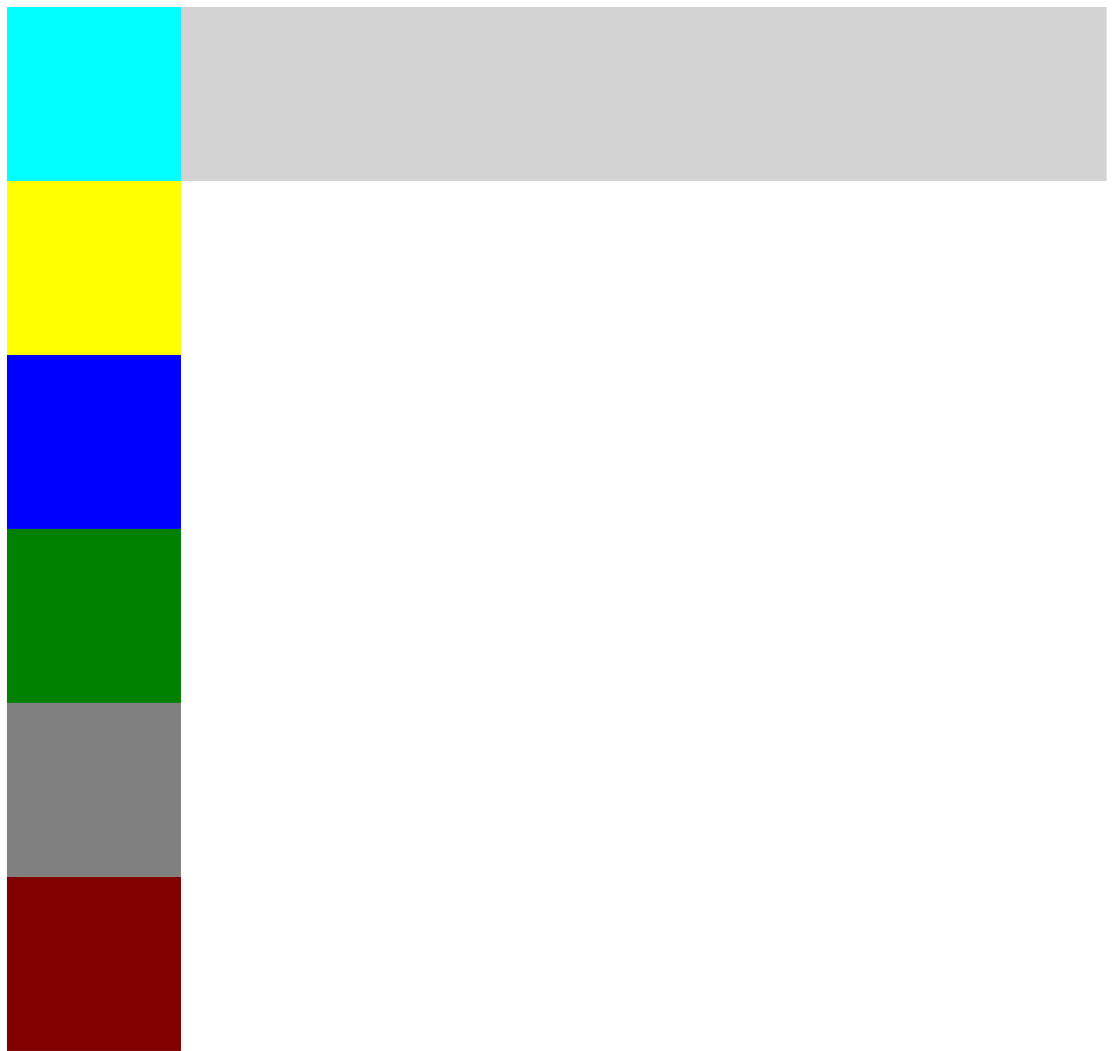
Repository: Sayan-100/Javascript
Page: PR4/index.html
These files come from the project's save history. The page is drawn as it stood at one moment and after the next save; the edit follows.
The browser window is 1280 px wide. The pictures show the whole page, at 87% of full size.

Above is the page before, as saved 2022-01-10 12:19:32.

After the next save:
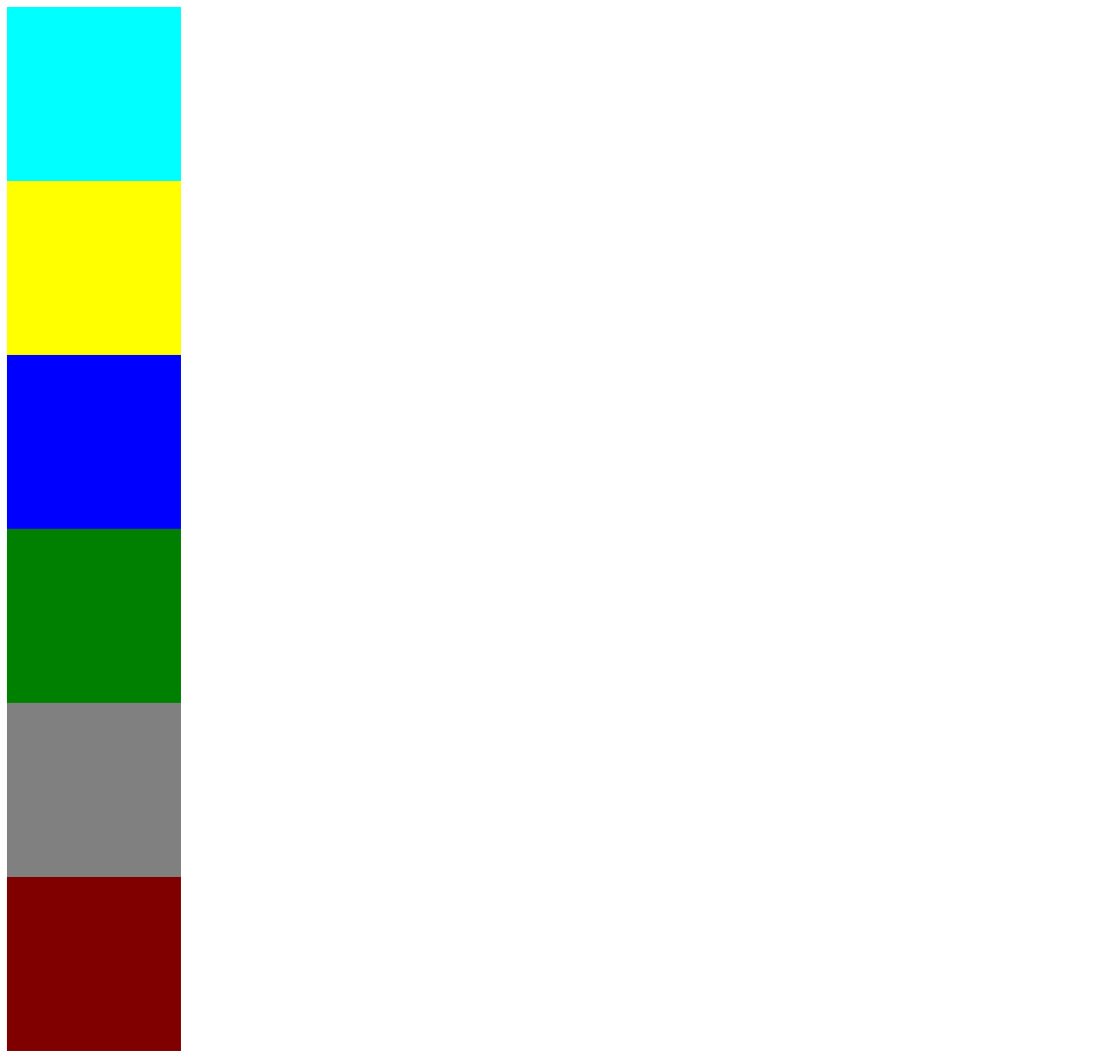
Saved 30 s later.
--- a/PR4/style.css
+++ b/PR4/style.css
@@ -30,6 +30,10 @@
 section {
     display: flex;
     flex-direction: column;
+}
+
+#container {
+    display: flex;
     background-color: lightgrey;
     justify-content: space-between;
     height: auto;
